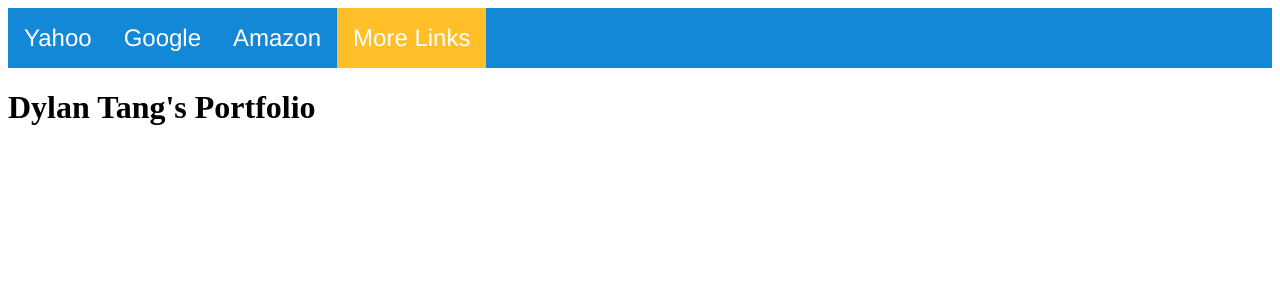
Repository: TangDylan/TangDylan.github.io
Page: index.html
The author's editor kept a record of every edit. The page is drawn from the files as they stood at one moment, then again after the next edit.
The browser window is 1280 px wide. The pictures show the whole page.

Above is the page before.

After the next edit:
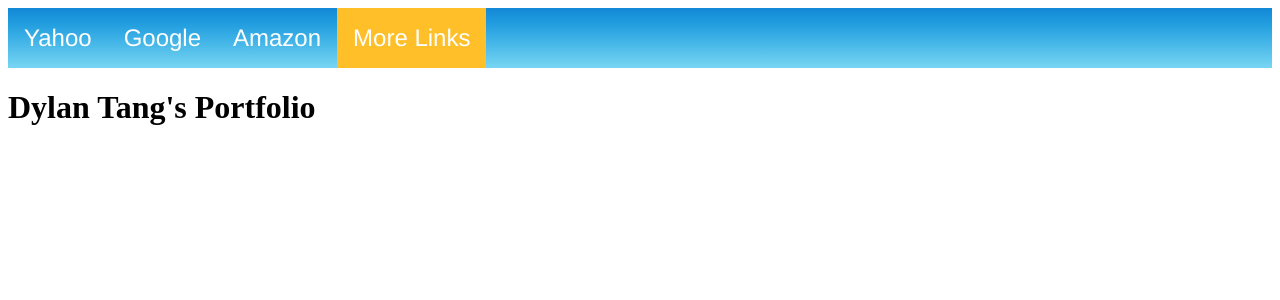
The edit:
--- a/index.html
+++ b/index.html
@@ -7,7 +7,7 @@
     <style>
 
      .navbar{
-        background-color:#1388d6;
+        background-image: linear-gradient(to bottom, #1388d6, #219cdf, #3bb0e6, #59c3ec, #77d5f2);
         width: 100%;
         height: 60px;
       }
